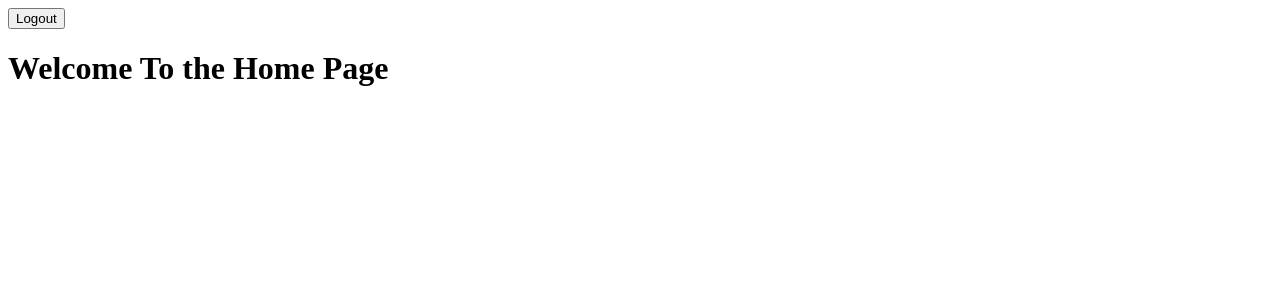
Repository: devgpta19/CDAC-Assignments
Page: http://localhost/CarVehicle/WelcomeHome.jsp
The author's editor kept a copy of each file at every save. The page is drawn from the files as they stood at one save, then again after a run of saves.
The browser window is 1280 px wide. The pictures show the whole page.
The page is served by Tomcat 9.

Above is the page before, as saved 2025-12-11 08:53:07.

After the next 3 saves:
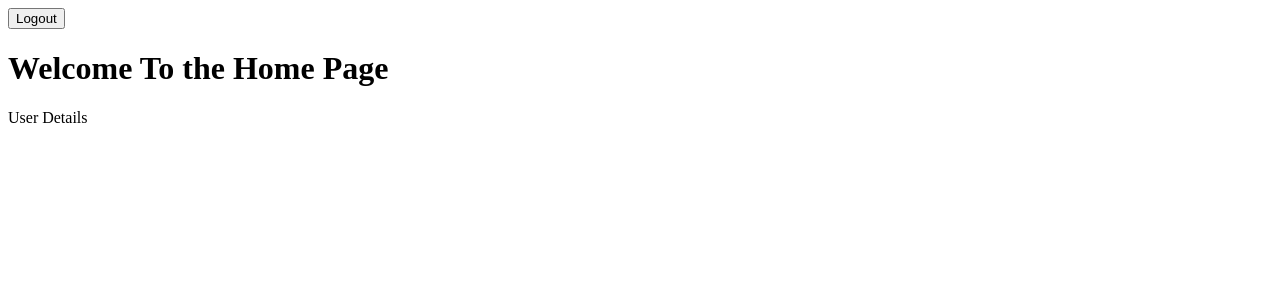
The 3 saves are shown as one change because they came seconds apart.
The last was saved 9 s later.
--- a/Adv.Java/Prac/CarVehicle/src/main/webapp/WelcomeHome.jsp
+++ b/Adv.Java/Prac/CarVehicle/src/main/webapp/WelcomeHome.jsp
@@ -12,6 +12,6 @@
 
 	<h1>Welcome To the Home Page</h1>
 
-
+	User Details<h/h3
 </body>
 </html>
